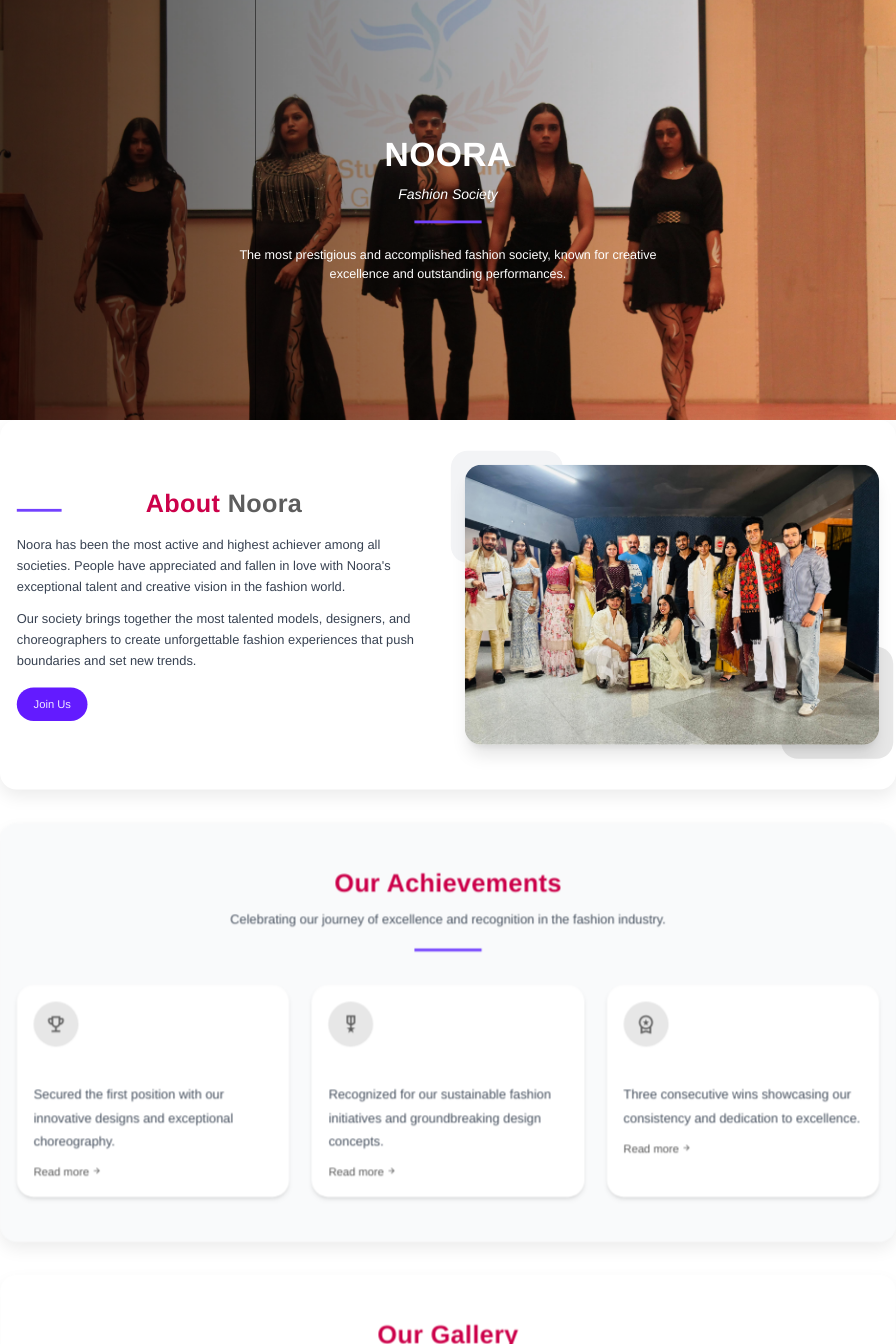
Repository: Aman-Sharma-Dev01/Clan-Event-Manager-0.1
Page: /noora-page (app in Frontend/)
The author's editor kept a copy of each file at every save. The page is drawn from the files as they stood at one save, then again after the next save.
The browser window is 1280 px wide. The pictures show the part of the page from y = 0 to 1920 px (the page is 4256 px tall), at 70% of full size.
The page's requests for data from a server got no answer. The project was rebuilt for these pictures with package versions that can differ from the ones it lists, and the page was loaded fresh each time. No one was signed in, and anything a server would have sent is missing. Also part of the build but not shown: Frontend/vite.config.js, Frontend/src/components/Navbar/Navbar.css, Frontend/src/components/Navbar/Navbar.jsx, Frontend/src/components/Login/Login.jsx, Frontend/src/components/About/About.jsx, Frontend/src/components/Dashboard/Dashboard.jsx, Frontend/src/components/HeroSection/HeroSection.css, Frontend/src/components/HeroSection/HeroSection.jsx and 30 more.

Above is the page before, as saved 2025-07-28 17:25:55.

After the next save:
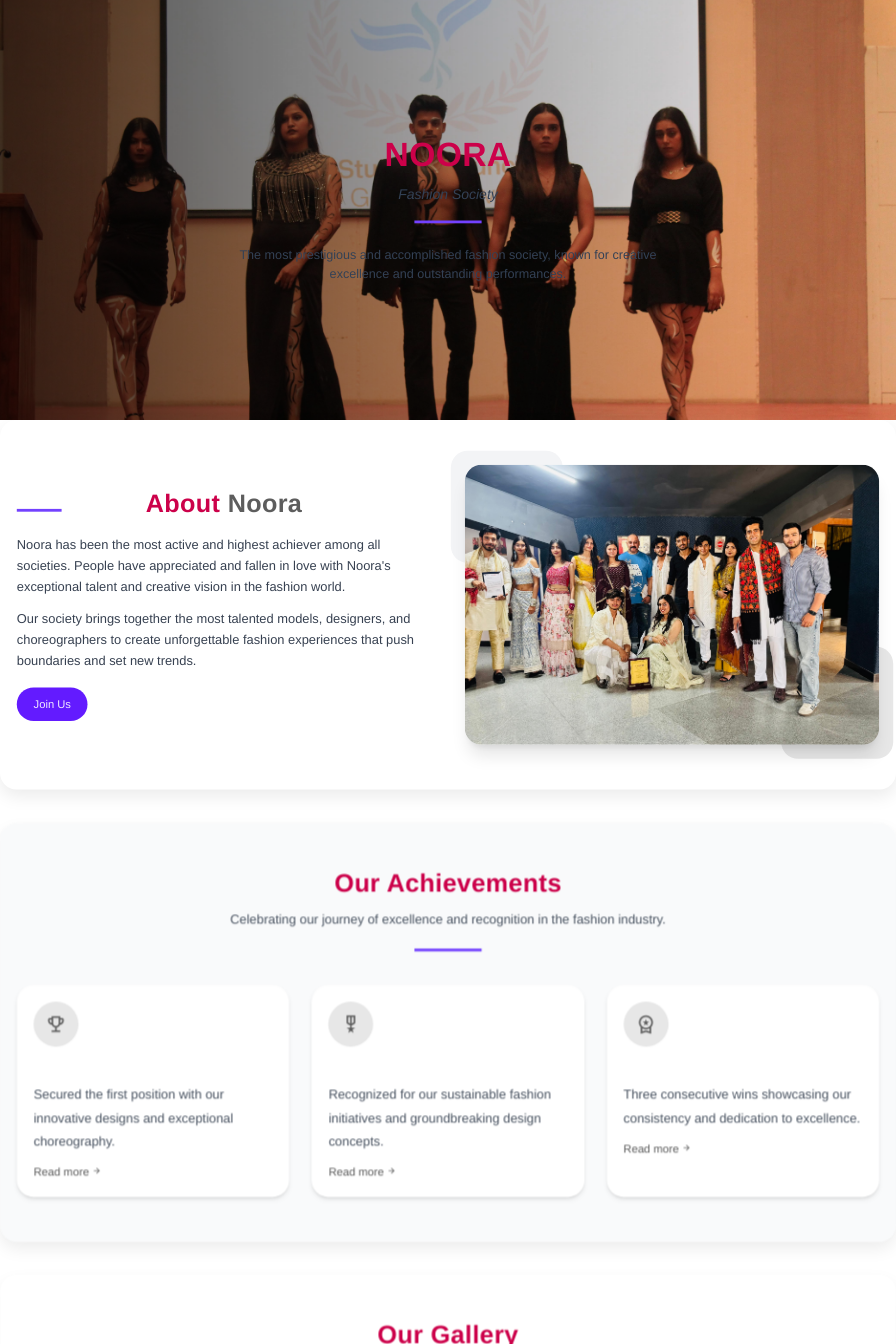
Saved 114 s later.
--- a/Frontend/src/components/Society/Noora/Noora.css
+++ b/Frontend/src/components/Society/Noora/Noora.css
@@ -819,9 +819,3 @@ video {
         padding-right: 96px;
     }
 }
-
-
-
-.classWhite{
-    color : white;
-}

After the save that followed:
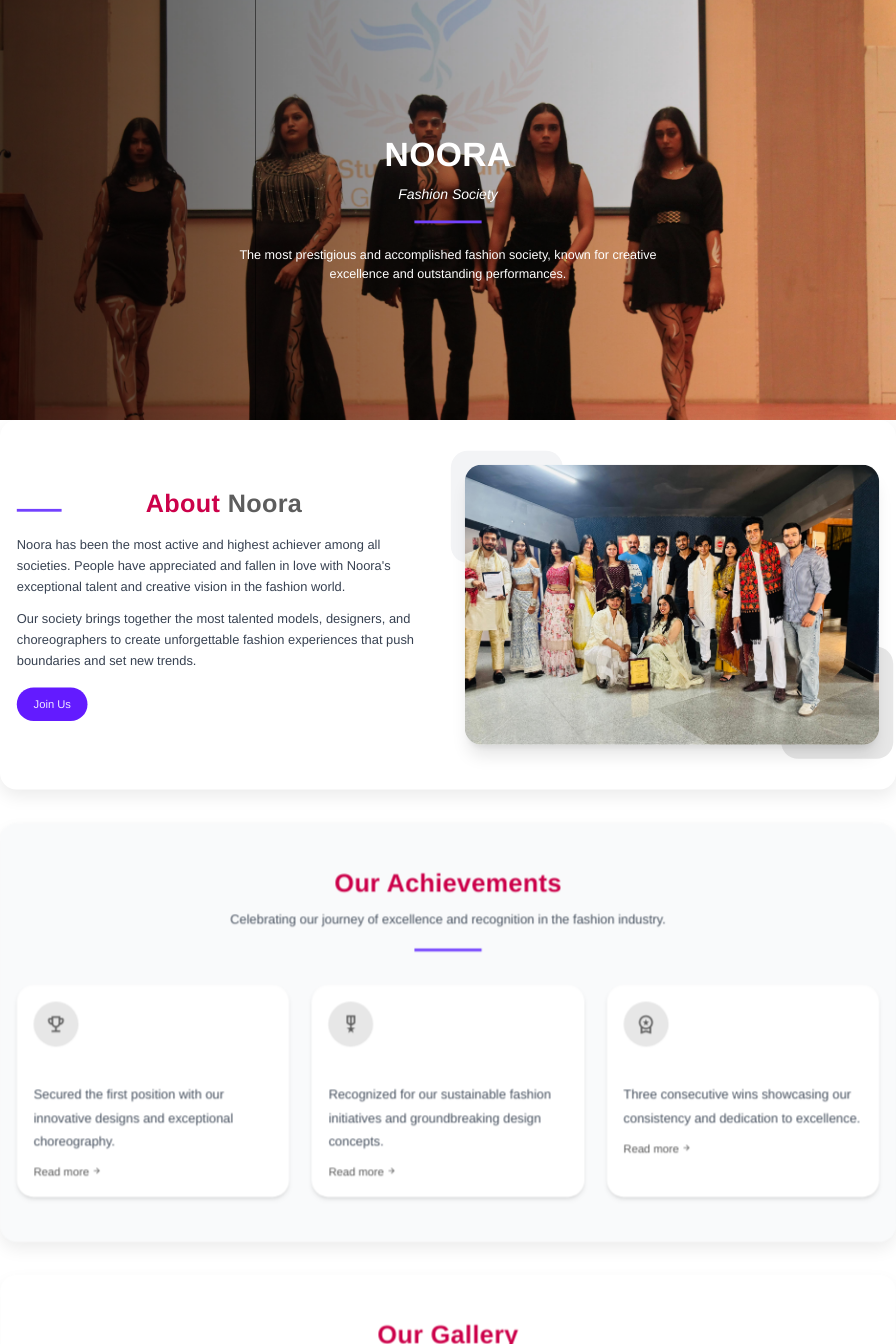
Saved 16 s later.
--- a/Frontend/src/components/Society/Noora/Noora.css
+++ b/Frontend/src/components/Society/Noora/Noora.css
@@ -1,6 +1,12 @@
 @import url(https://fonts.googleapis.com/css2?family=Lato&display=swap);
 @import url(https://fonts.googleapis.com/css2?family=Open+Sans&display=swap);
 @import url(https://fonts.googleapis.com/css2?family=Material+Symbols+Outlined);
+
+
+
+.classWhite{
+    color : white;
+}
 
 *,
 :after,
